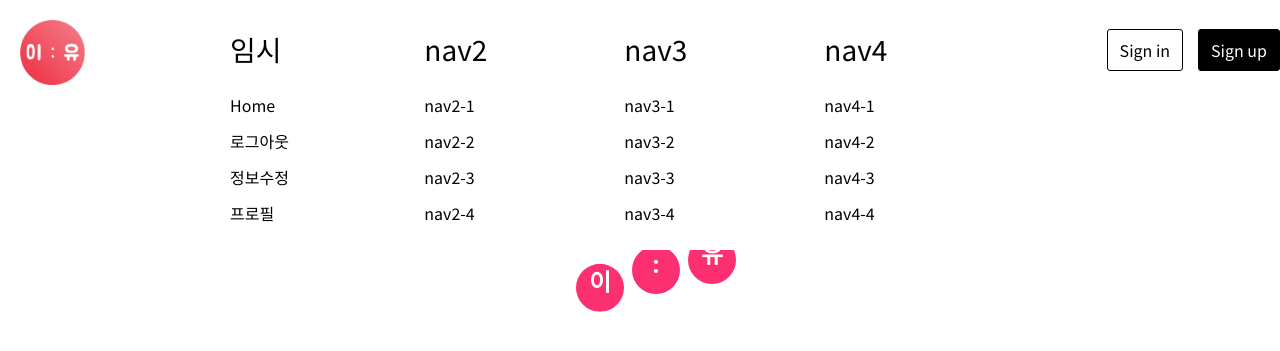
Repository: ryuwc/E_U
Page: /random (app in final-pjt-front/)
These files come from the project's save history. The page is drawn as it stood at one moment and after the next save; the edit follows.
The browser window is 1280 px wide. The pictures show the whole page.
The page's requests for data from a server got no answer. Some web libraries are served in a nearby version. The project was rebuilt for these pictures with package versions that can differ from the ones it lists, and the page was loaded fresh each time. No one was signed in, and anything a server would have sent is missing. Also part of the build but not shown: final-pjt-front/vue.config.js, final-pjt-front/src/components/MoviveCard.vue.

Above is the page before, as saved 2022-11-23 10:34:11.

After the next save:
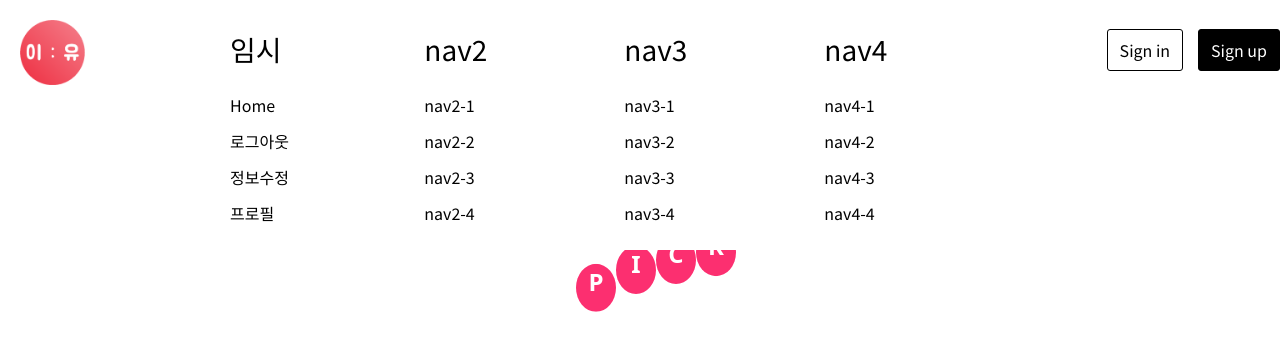
Saved 68 s later.
--- a/final-pjt-front/src/views/movies/RandomMovieView.vue
+++ b/final-pjt-front/src/views/movies/RandomMovieView.vue
@@ -15,10 +15,10 @@
     <div class="font-bold text-white balls"
     style="margin-left: 45vw; margin-top: 110px;"
     >
-      <div class="text-center fw-bold"><span style="font-size:x-large">이</span></div>
-      <div class="text-center fw-bold"><span style="font-size:x-large">:</span></div>
-      <div class="text-center fw-bold"><span style="font-size:x-large">유</span></div>
-      <!-- <div class="text-center fw-bold"><span style="font-size:x-large">K</span></div> -->
+      <div class="text-center fw-bold"><span style="font-size:x-large">P</span></div>
+      <div class="text-center fw-bold"><span style="font-size:x-large">I</span></div>
+      <div class="text-center fw-bold"><span style="font-size:x-large">C</span></div>
+      <div class="text-center fw-bold"><span style="font-size:x-large">K</span></div>
     </div>
     <br>
     <br>
